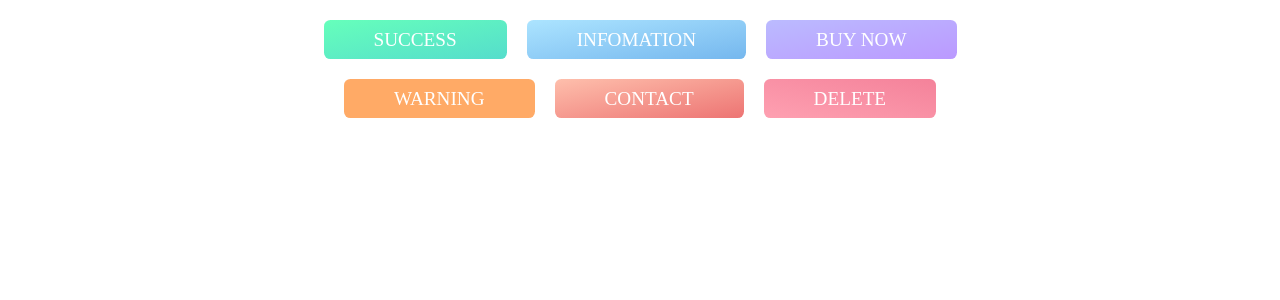
Repository: ThanhPhongsof/Css-Course
Page: index.html
The author's editor kept a copy of each file at every save. The page is drawn from the files as they stood at one save, then again after the next save.
The browser window is 1280 px wide. The pictures show the whole page.

Above is the page before, as saved 2022-05-16 08:24:46.

### index.html
<!DOCTYPE html>
<html lang="en">
  <head>
    <meta charset="UTF-8" />
    <meta http-equiv="X-UA-Compatible" content="IE=edge" />
    <meta name="viewport" content="width=device-width, initial-scale=1.0" />
    <title>Document</title>
    <link rel="stylesheet" href="./reset.css" />
    <link rel="stylesheet" href="./styles.css" />
  </head>
  <body>
    <div class="group-button">
      <a href="" class="button button--green">success</a>
      <a href="" class="button button--blue">infomation</a>
      <a href="" class="button button--purple">buy now</a>
    </div>
    <div class="group-button">
      <a href="" class="button button--orange">warning</a>
      <a href="" class="button button--red">contact</a>
      <a href="" class="button button--pink">delete</a>
    </div>
  </body>
</html>

### styles.css
.group-button {
  display: flex;
  align-items: center;
  justify-content: center;
  gap: 20px;
  margin-top: 20px;
}

.button {
  text-decoration: none;
  text-transform: uppercase;
  background: #000;
  color: white;
  font-size: 1.2rem;
  padding: 10px 50px;
  border-radius: 0.4rem;
  font-weight: 500;
}

.button--green {
  background-image: linear-gradient(to right bottom, #6fb, #5dc);
}

.button--blue {
  background-image: linear-gradient(to right bottom, #ace4ff, #75b7ee);
}

.button--purple {
  background-image: linear-gradient(to right bottom, #bbf, #b9f);
}

.button--orange {
  background-image: linear-gradient(to right bottom, #fa6, #fa6);
}

.button--red {
  background-image: linear-gradient(to right bottom, #febfac, #ed7473);
}

.button--pink {
  background-image: linear-gradient(to top right, #fea0b1, #f4829a);
}

Loaded but not shown: reset.css (common file)

After the next save:
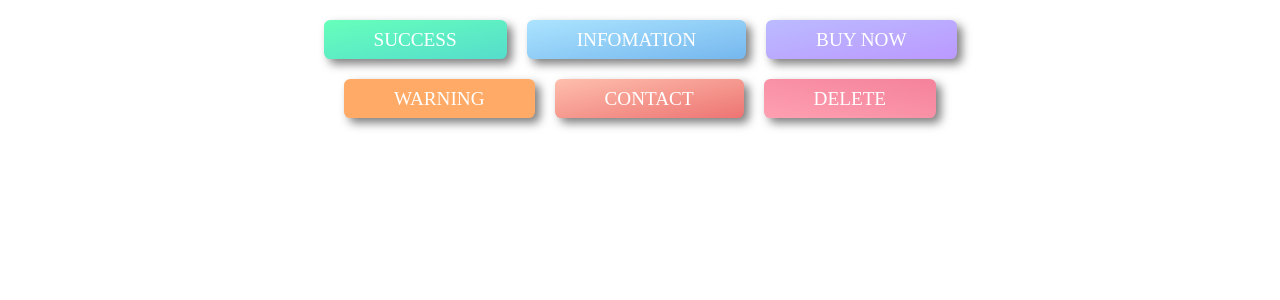
Saved 43 s later.
--- a/styles.css
+++ b/styles.css
@@ -15,6 +15,7 @@
   padding: 10px 50px;
   border-radius: 0.4rem;
   font-weight: 500;
+  box-shadow: 5px 5px 10px rgba(0, 0, 0, 0.5);
 }
 
 .button--green {
